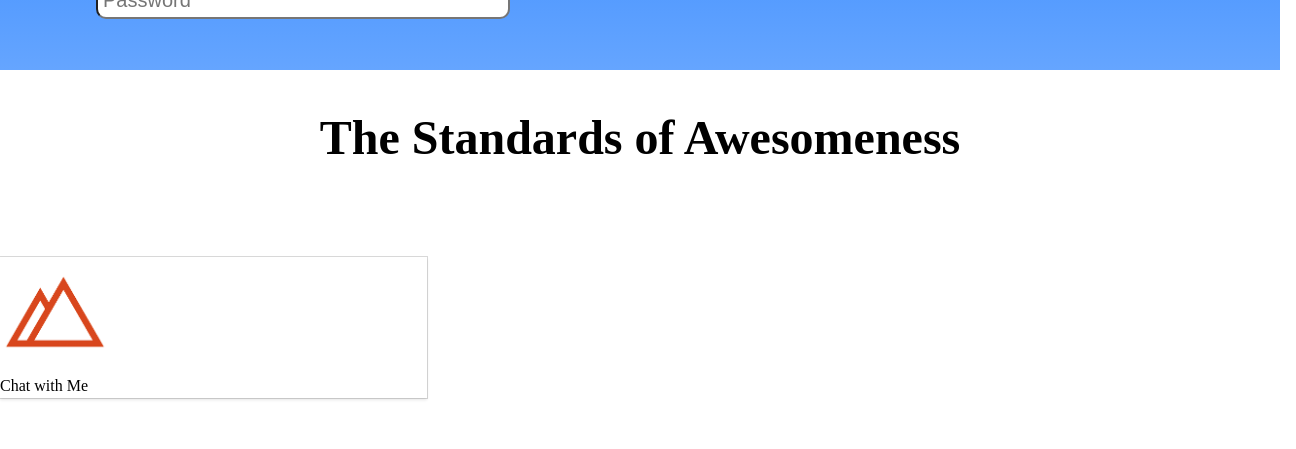
Repository: jesar-enl/My-CSS-Website
Page: index.html
These files come from the project's save history. The page is drawn as it stood at one moment and after the next save; the edit follows.
The browser window is 1280 px wide. The page is 1296 px wide, so the pictures cover 1296 px, including what lies to the right of the window. The pictures show the part of the page from y = 430 to 927 px (the page is 879 px tall before and 927 px after).

Above is the page before, as saved 2022-07-27 12:47:14.

### index.html
<!DOCTYPE html>
<html lang="en">
  <head>
    <meta charset="UTF-8" />
    <meta http-equiv="X-UA-Compatible" content="IE=edge" />
    <meta name="viewport" content="width=device-width, initial-scale=1.0" />
    <title>My CSS website</title>
    <link rel="stylesheet" href="style.css" />
  </head>
  <body>
    <nav>
      <ul class="topnav" id="dropdownClick">
        <li><a href="#home">Home</a></li>
        <li><a href="#contact">Contact</a></li>
        <li><a href="#news">News</a></li>
        <li><a href="#about">About</a></li>
        <li class="topnav-right"><a href="#signup">SignUp</a></li>
        <li class="topnav-right"><a href="#login">LogIn</a></li>

        <!--
          This unicode is called 'Trigram for Heaven'.
          It can be used to hide the menu when we shrink the screen to a mobile sized.

          Thousands of unicode characters can be accessed from the unicode table 'https://unicode-table.com/en/'
        -->

        <li class="dropdown">
          <!--
            Having the href like this is to inform the browser
            that perform this link as a javascript command,
            heading to nowhere. Stay around this page.
          -->

          <a href="javascript:void(0);" onclick="handleClick()">&#9776;</a>
        </li>
      </ul>
    </nav>

    <div class="container" id="section-1-gradient">
      <div class="row">
        <div class="col-6">
          <div class="leftSideCol">
            <h1 class="large">Crazy Radness</h1>
            <h1 class="large">Made for Developers</h1>
          </div>
          <form action="">
            <div class="leftSideCol">
              <h2>Username</h2>
              <input
                type="text"
                class="inputbox"
                placeholder="Username"
                name="username"
              />
              <h2>Password</h2>
              <input type="password" name="password" placeholder="Password" />
            </div>
          </form>
        </div>
        <div class="col-6">
          <div class="rightSideCol videoContainer">
            <iframe
              width="560"
              height="315"
              src="https://www.youtube.com/embed/ZxKM3DCV2kE"
              title="YouTube video player"
              frameborder="0"
              allow="accelerometer; autoplay; clipboard-write; encrypted-media; gyroscope; picture-in-picture"
              allowfullscreen
            ></iframe>
          </div>
        </div>
      </div>
    </div>

    <header>
      <h1 class="section-2-header">The Standards of Awesomeness</h1>
    </header>

    <div class="container">
      <div class="row">
        <div class="col-4">
          <div class="box">
            <div class="icon">
              <img class="dev" src="devslopes.png" alt="dev icon" />
            </div>
            <label for="">Chat with Me</label>
          </div>
        </div>
      </div>
    </div>
    <script src="index.js"></script>
  </body>
</html>

### style.css
/* ########## Defaults ########### */

nav,
header,
footer {
  display: block;
}

body {
  line-height: 1.5;
  margin: 0;
}

label {
  font-size: ;
}

.container {
  width: 100%;
  margin: auto;
  padding-top: 4%;
  padding-bottom: 4%;
}

.row {
  width: 100%;
  display: flex;
  flex-wrap: wrap;
  align-items: center;
}

.row::after {
  display: table;
  clear: both;
  content: '';
}

.col-1 {
  width: 8.33%;
}
.col-2 {
  width: 16.66%;
}
.col-3 {
  width: 25%;
}
.col-4 {
  width: 33.33%;
}
.col-5 {
  width: 41.66%;
}
.col-6 {
  width: 50%;
}
.col-7 {
  width: 58.33%;
}
.col-8 {
  width: 66.66%;
}
.col-9 {
  width: 75%;
}
.col-10 {
  width: 83.33%;
}
.col-11 {
  width: 91.66%;
}
.col-12 {
  width: 100%;
}

/* ######### Navigation Bar ######## */

nav {
  width: 100%;
  margin: 0;
}

nav ul {
  background-color: #eee;
  overflow: hidden;
  margin: 0;
  padding: 0;
}
/* the list-style removes the bullet points from the list items */
ul.topnav li {
  list-style: none;
  float: left;
}

ul.topnav li.topnav-right {
  float: right;
}

ul.topnav li a {
  display: block;
  text-decoration: none;
  min-height: 1.5rem;
  text-align: center;
  padding: 14px;
  text-transform: uppercase;
  color: #665;
}

ul.topnav li a:hover {
  background-color: #7ab6f3;
  color: #fff;
}

.dropdown {
  display: none;
}

/* #################### Custom styles ################## */

#section-1-gradient {
  background: #076dff;
  background: -webkit-gradient(#076dff, #65a5ff);
  background: -o-linear-gradient(#076dff, #65a5ff);
  background: -moz-linear-gradient(#076dff, #65a5ff);
  background: linear-gradient(#076dff, #65a5ff);
}

.box {
  background-color: #fff;
  /*
    The "box-shadow" syntax is as follows:

    box-shadow: horizontal-length vertical-length blur-radius spread-radius rgba(r, g, b, opacity);
  */
  box-shadow: 0 0 0 1px rgba(0, 0, 0, 0.15), 0 2px 3px 0 rgba(0, 0, 0, 0.1);
}

.leftSideCol {
  margin-left: 15%;
}

.rightSideCol {
  margin-left: 15%;
}

.large {
  color: #fff;
  font-size: 2.2rem;
  margin: 0;
  line-height: 1.7;
}

.section-2-header {
  font-size: 3rem;
  text-align: center;
}

input[type='text'] {
  font-size: 20px;
  width: 400px;
  min-width: 100px;
  padding: 5px;
  border-radius: 10px;
}

form h2 {
  color: #fff;
}

input[type='password'] {
  font-size: 20px;
  width: 400px;
  padding: 5px;
  min-width: 100px;
  border-radius: 10px;
}

.icon {
  width: 100%;
}

.dev {
  width: 110px;
  height: 110px;
}

/* ############ Media Query ########### */

@media screen and (max-width: 680px) {
  /*
    This tells the browser to hide all the list
    elements of the nav bar except the first one.
  */

  ul.topnav li:not(:nth-child(1)) {
    display: none;
  }

  ul.topnav li.dropdown {
    display: block;
    float: right;
  }

  ul.topnav.responsive li.dropdown {
    position: absolute;
    top: 0;
    right: 0;
  }

  ul.topnav.responsive {
    position: relative;
  }

  /* Places the list items in a row manner. */
  ul.topnav.responsive li {
    display: inline;
    float: none;
  }

  ul.topnav.responsive li a {
    /* displays the items in a manner of stacking on top of each other. */
    display: block;
    text-align: left;
  }

  .col-6 {
    width: 100%;
    margin: 0;
  }

  .rightSideCol {
    margin-top: 5%;
  }

  .videoContainer iframe {
    position: relative;
    width: 100%;
    margin: 0;
    overflow: hidden;
  }

  leftSideCol,
  rightSideCol {
    margin: 15px;
  }

  input[type='text'] {
    width: 300px;
  }

  input[type='password'] {
    width: 300px;
  }
}

@media screen and (max-width: 890px) {
  /*
    This tells the browser to hide all the list
    elements of the nav bar except the first one.
  */

  ul.topnav li:not(:nth-child(1)) {
    display: none;
  }

  ul.topnav li.dropdown {
    display: block;
    float: right;
  }

  ul.topnav.responsive li.dropdown {
    position: absolute;
    top: 0;
    right: 0;
  }

  ul.topnav.responsive {
    position: relative;
  }

  /* Places the list items in a row manner. */
  ul.topnav.responsive li {
    display: inline;
    float: none;
  }

  ul.topnav.responsive li a {
    /* displays the items in a manner of stacking on top of each other. */
    display: block;
    text-align: left;
  }

  .col-6 {
    width: 100%;
    margin: 0;
  }

  .rightSideCol {
    margin-top: 5%;
    max-width: 300px;
  }

  .videoContainer iframe {
    position: relative;
    width: 100%;
  }
}

### index.js
function handleClick() {
  var list = document.getElementById('dropdownClick');
  if (list.className === 'topnav') {
    list.className += ' responsive';
    // change topnav to topnav.responsive
  } else {
    list.className = 'topnav';
  }
}

After the next save:
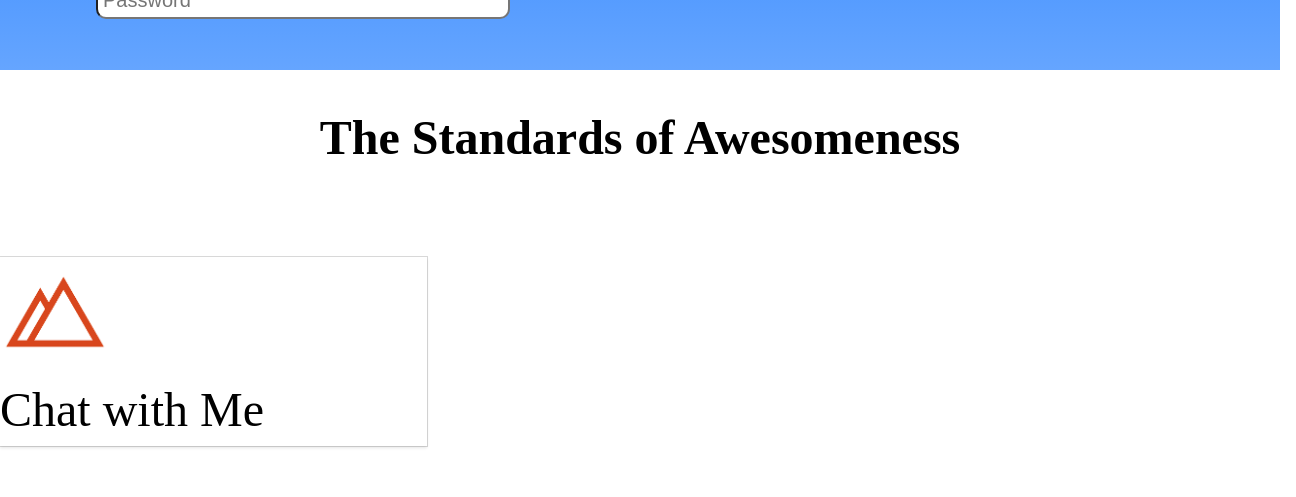
Saved 14 s later.
--- a/style.css
+++ b/style.css
@@ -12,7 +12,7 @@ body {
 }
 
 label {
-  font-size: ;
+  font-size: 3rem;
 }
 
 .container {
